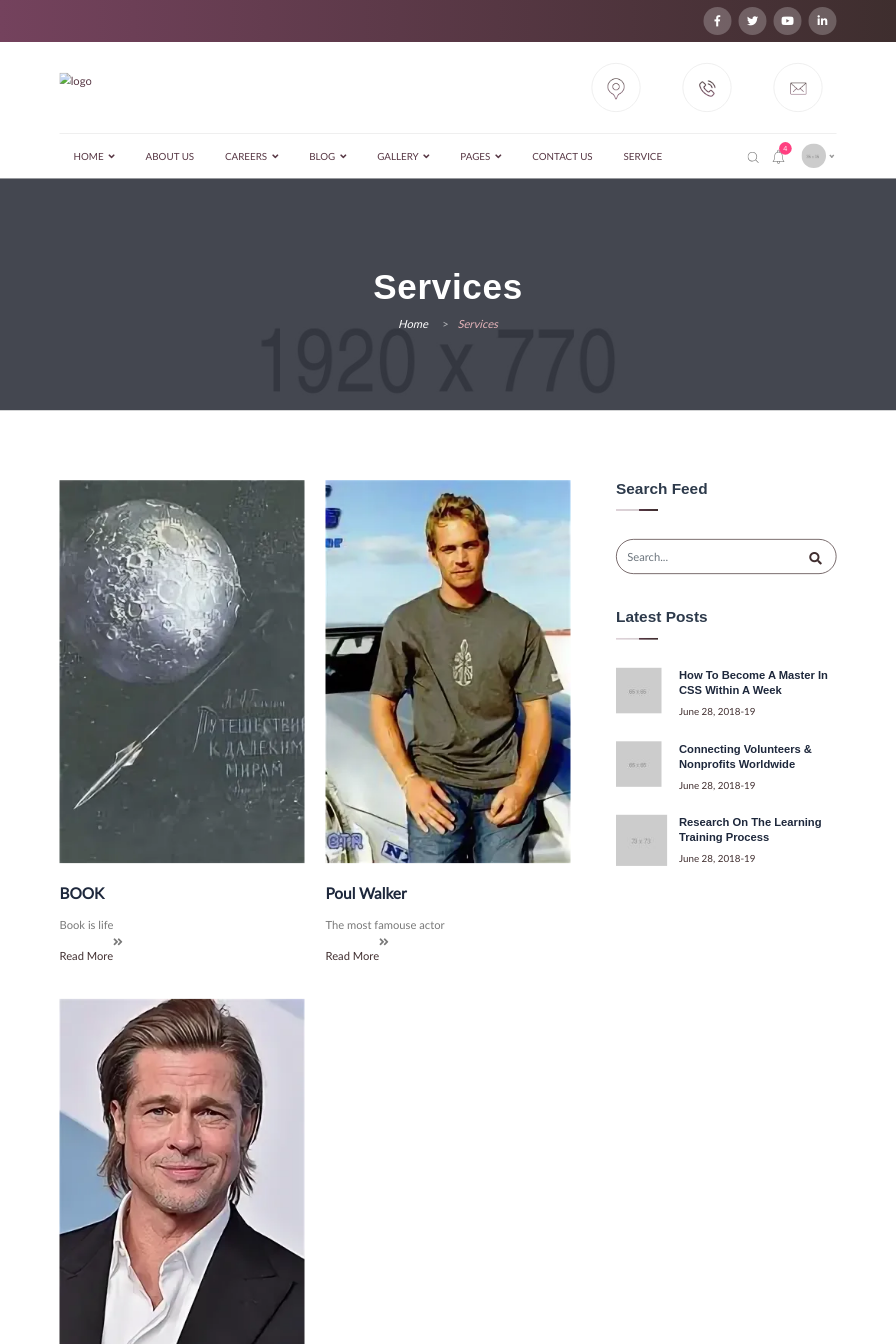
Repository: maqsudov0371/vazifa7oy10dars
Page: http://localhost/service/
These files come from the project's save history. The page is drawn as it stood at one moment and after the next save; the edit follows.
The browser window is 1280 px wide. The pictures show the part of the page from y = 0 to 1920 px (the page is 3012 px tall), at 70% of full size.
Some web fonts or font styles are not loaded; a fallback is used. The page is served by the project's application, run on Django 4.2 (manage.py). The page reads the database file committed with the project. Queries for data that is not in the repository find no rows.

Above is the page before, as saved 2024-09-11 15:05:55.
Console error: TypeError: Cannot read properties of undefined (reading 'left')

After the next save:
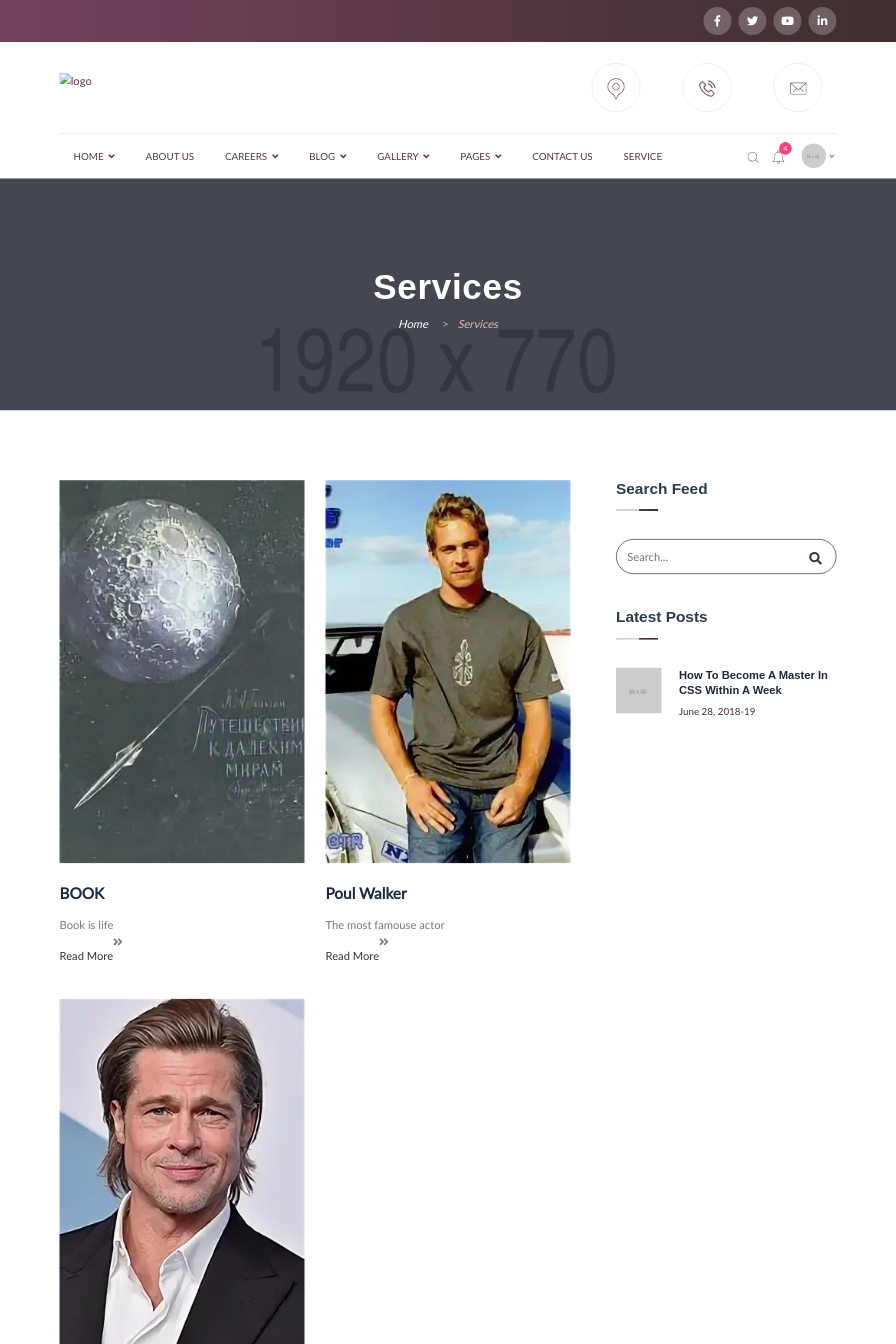
Saved 17 s later.
--- a/main/templates/main/service.html
+++ b/main/templates/main/service.html
@@ -86,24 +86,7 @@
                                 <div class="blog_date">June 28, 2018-19</div>
                             </div>
                         </div>
-                        <div class="blog_wrapper22 float_left">
-                            <div class="blog_image">
-                                <img src="images/blog2.jpg" class="img-responsive" alt="blog_img2" />
-                            </div>
-                            <div class="blog_text">
-                                <h5><a href="#">Connecting Volunteers & Nonprofits Worldwide</a></h5>
-                                <div class="blog_date">June 28, 2018-19</div>
-                            </div>
-                        </div>
-                        <div class="blog_wrapper22 float_left">
-                            <div class="blog_image">
-                                <img src="images/blog3.jpg" class="img-responsive" alt="blog_img3" />
-                            </div>
-                            <div class="blog_text">
-                                <h5><a href="#">Research on the Learning Training Process</a></h5>
-                                <div class="blog_date">June 28, 2018-19</div>
-                            </div>
-                        </div>
+
                     </div>
 
 
